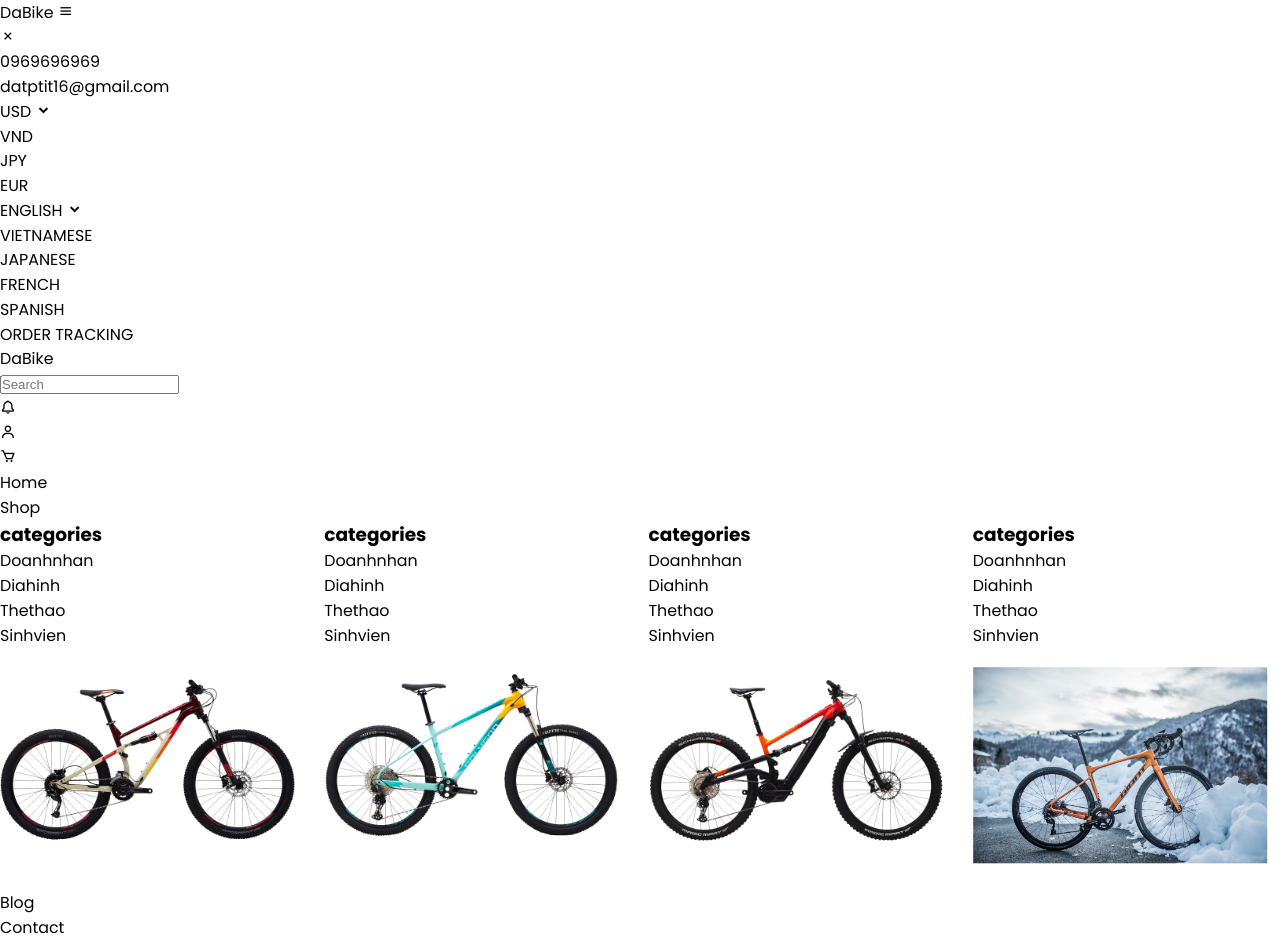
Repository: Datt21/DacMaxx
Page: index.html
These files come from the project's save history. The page is drawn as it stood at one moment and after the next save; the edit follows.
The browser window is 1280 px wide. The page is 1295 px wide, so the pictures cover 1295 px, including what lies to the right of the window. The pictures show the whole page, at 99% of full size.

Above is the page before, as saved 2021-07-05 00:20:43.

### index.html
<!DOCTYPE html>
<html lang="en">
<head>
    <meta charset="UTF-8">
    <meta http-equiv="X-UA-Compatible" content="IE=edge">
    <meta name="viewport" content="width=device-width, initial-scale=1.0">
    <title>DaBike</title>
    <!--======== FONTS =========-->
    <link rel="preconnect" href="https://fonts.gstatic.com">
    <link rel="stylesheet" href="https://fonts.googleapis.com/css2?family=Poppins:ital,wght@0,100;0,200;0,300;0,400;0,500;0,600;0,700;0,800;0,900;1,100;1,200;1,300;1,400;1,500;1,600;1,700;1,900&display=swap">

    <!--========= ICONS =========-->
    <link rel="stylesheet" href="./boxicons-2.0.7/css/boxicons.min.css">
    <link href='https://unpkg.com/boxicons@2.0.7/css/boxicons.min.css' rel='stylesheet'>

    <!--========= LINK CSS =========-->
    <link rel="stylesheet" href="./css/grid.css">
    <link rel="stylesheet" href="./css/app.css">
</head>
<body>

    <!--========= HEADER ===========-->
    <header>
        <!-- mobile menu -->
        <div class="mobile-menu bg-second">
            <a href="#" class="mb-logo">DaBike</a>

            <span class="mb-menu-toggle" id="mb-menu-toggle">
                <i class='bx bx-menu'></i>
            </span>
        </div>
        <!-- end mobile menu -->
        <!-- main header -->
        <div class="header-wrapper" id="heade-wrapper">
            <span class="mb-menu-toggle" id="mb-menu-toggle">
                <i class='bx bx-x'></i>
            </span>
            <!-- top header -->
            <div class="bg-second">
                <div class="top-header container">
                    <ul class="devided">
                        <li>
                            <a href="#">0969696969</a>
                        </li>
                        <li>
                            <a href="#">datptit16@gmail.com</a>
                        </li>
                    </ul>
                    <div class="devided">
                        <li class="dropdown">
                            <a href="">USD</a>
                            <i class='bx bxs-chevron-down' ></i>
                            <ul class="dropdown-content">
                                <li><a href="">VND</a></li>
                                <li><a href="">JPY</a></li>
                                <li><a href="">EUR</a></li>
                            </ul>
                        </li>
                        <li class="dropdown">
                            <a href="">ENGLISH</a>
                            <i class='bx bxs-chevron-down' ></i>
                            <ul class="dropdown-content">
                                <li><a href="">VIETNAMESE</a></li>
                                <li><a href="">JAPANESE</a></li>
                                <li><a href="">FRENCH</a></li>
                                <li><a href="">SPANISH</a></li>
                            </ul>
                        </li>
                        <li><a href="#">ORDER TRACKING</a></li>
                    </div>
                </div>
            </div>
            <!-- end top header -->
            <!-- mid header -->
            <div class="bg-main">
                <div class="mid-header container">
                    <a href="#" class="logo">DaBike</a>
                    <div class="search">
                        <input type="text" placeholder="Search">
                        <box-icon name='search'></box-icon>
                    </div>
                    <ul class="user-menu">
                        <li><a href=""><i class='bx bx-bell' ></i> </a></li>
                        <li><a href=""><i class='bx bx-user' ></i> </a></li>
                        <li><a href=""><i class='bx bx-cart' ></i> </a></li>
                    </ul>
                </div>
            </div>
            <!-- end mid header -->
            <!-- bottom header -->
            <div class="bg-second">
                <div class="bottom-header container">
                    <ul class="main-menu">
                        <li><a href="">Home</a></li>
                        <!-- mega menu -->
                        <li class="mega-dropsown">
                            <a href="">Shop</a>
                            <div class="mega-content">
                                <div class="row">
                                    <div class="col-3">
                                        <div class="box">
                                            <h3>categories</h3>
                                            <ul>
                                                <li><a href="">Doanhnhan</a></li>
                                                <li><a href="">Diahinh</a></li>
                                                <li><a href="">Thethao</a></li>
                                                <li><a href="">Sinhvien</a></li>
                                            </ul>
                                        </div>
                                    </div>
                                    <div class="col-3">
                                        <div class="box">
                                            <h3>categories</h3>
                                            <ul>
                                                <li><a href="">Doanhnhan</a></li>
                                                <li><a href="">Diahinh</a></li>
                                                <li><a href="">Thethao</a></li>
                                                <li><a href="">Sinhvien</a></li>
                                            </ul>
                                        </div>
                                    </div>
                                    <div class="col-3">
                                        <div class="box">
                                            <h3>categories</h3>
                                            <ul>
                                                <li><a href="">Doanhnhan</a></li>
                                                <li><a href="">Diahinh</a></li>
                                                <li><a href="">Thethao</a></li>
                                                <li><a href="">Sinhvien</a></li>
                                            </ul>
                                        </div>
                                    </div>
                                    <div class="col-3">
                                        <div class="box">
                                            <h3>categories</h3>
                                            <ul>
                                                <li><a href="">Doanhnhan</a></li>
                                                <li><a href="">Diahinh</a></li>
                                                <li><a href="">Thethao</a></li>
                                                <li><a href="">Sinhvien</a></li>
                                            </ul>
                                        </div>
                                    </div>
                                </div>
                                <div class="row img-row">
                                    <div class="col-3">
                                        <div class="box">
                                            <img src="./images/531352.png" alt="">
                                        </div>
                                    </div>
                                    <div class="col-3">
                                        <div class="box">
                                            <img src="./images/6489548.png" alt="">
                                        </div>
                                    </div>
                                    <div class="col-3">
                                        <div class="box">
                                            <img src="./images/MTBROMO_N7_2022.png" alt="">
                                        </div>
                                    </div>
                                    <div class="col-3">
                                        <div class="box">
                                            <img src="./images/asoggetti-HPpj2190tGs-unsplash.jpg" alt="">
                                        </div>
                                    </div>
                                </div>
                            </div>
                        </li>
                        <!-- end mega menu -->
                        <li><a href="">Blog</a></li>
                        <li><a href="">Contact</a></li>
                    </ul>
                </div>
            </div>
            <!-- end bottom header -->
        </div>
        <!-- end main header -->
    </header>
    <!--========= END HEADER ===========-->



     <!--========= JS ==============-->
    <script src="./js/app.js"></script>
    <script src="./js/index.js"></script>
</html>

### css/grid.css
.row {
    display: flex;
    flex-wrap: wrap;
    margin: 0 -15px;
}

.row-revere{
    flex-wrap: wrap-reverse;
}

[class*="col-"]{
    padding: 0 15px;
    margin-bottom: 20px;
}

.col-1 {
    width: 8.33%;
}
.col-2 {
    width: 16.66%;
}
.col-3 {
    width: 25%;
}
.col-4 {
    width: 33.33%;
}
.col-5 {
    width: 41.66%;
}
.col-6 {
    width: 50%;
}
.col-7 {
    width: 58.33%;
}
.col-8 {
    width: 66.66%;
}
.col-9 {
    width: 75%;
}
.col-10 {
    width: 83.33%;
}
.col-11 {
    width: 91.66%;
}
.col-12 {
    width: 100%;
}

/* medium screen */
@media only screen and (max-width: 1280px) {
    .col-md-1 {
        width: 8.33%;
    }
    .col-md-2 {
        width: 16.66%;
    }
    .col-md-3 {
        width: 25%;
    }
    .col-md-4 {
        width: 33.33%;
    }
    .col-md-5 {
        width: 41.66%;
    }
    .col-md-6 {
        width: 50%;
    }
    .col-md-7 {
        width: 58.33%;
    }
    .col-md-8 {
        width: 66.66%;
    }
    .col-md-9 {
        width: 75%;
    }
    .col-md-10 {
        width: 83.33%;
    }
    .col-md-11 {
        width: 91.66%;
    }
    .col-md-12 {
        width: 100%;
    }
}

@media only screen and (max-width: 750px) {
    .col-sm-1 {
        width: 8.33%;
    }
    .col-sm-2 {
        width: 16.66%;
    }
    .col-sm-3 {
        width: 25%;
    }
    .col-sm-4 {
        width: 33.33%;
    }
    .col-sm-5 {
        width: 41.66%;
    }
    .col-sm-6 {
        width: 50%;
    }
    .col-sm-7 {
        width: 58.33%;
    }
    .col-sm-8 {
        width: 66.66%;
    }
    .col-sm-9 {
        width: 75%;
    }
    .col-sm-10 {
        width: 83.33%;
    }
    .col-sm-11 {
        width: 91.66%;
    }
    .col-sm-12 {
        width: 100%;
}

### css/app.css
:root {
    --main-bg-color:#fff;
    --second-bg-color:#f5f5f5;
    --third-bg-color:#e3e3e3;
    --grey: #4b4b4b;
    --black: #000;
    --red: #c0392b;
    --top-header-size: 30px;
    --mid-header-size: 80px;
    --bottom-header-size: 45px;
    --btn-bg: #000;
    --btn-border-color: #000;
    --btn-color: #fff;

}

*{
    padding: 0;
    margin: 0;
    box-sizing: border-box;
    -webkit-tap-highlight-color: transparent;
}

body{
    font-family: "Poppins", sans-serif;
    overflow-x: hidden;
    position: relative;
    background-color: var(--main-bg-color);
}

button{
    cursor: pointer;
}

a{
    display: inline-block;
    text-decoration: none;
    color: unset;
}

li{
    list-style-type: none;
}

img{
    max-width: 100%;
}

Loaded but not shown: boxicons-2.0.7/css/boxicons.min.css (library); js/app.js (no copy from this time; the picture is the same without it); js/index.js (no copy from this time; the picture is the same without it)

After the next save:
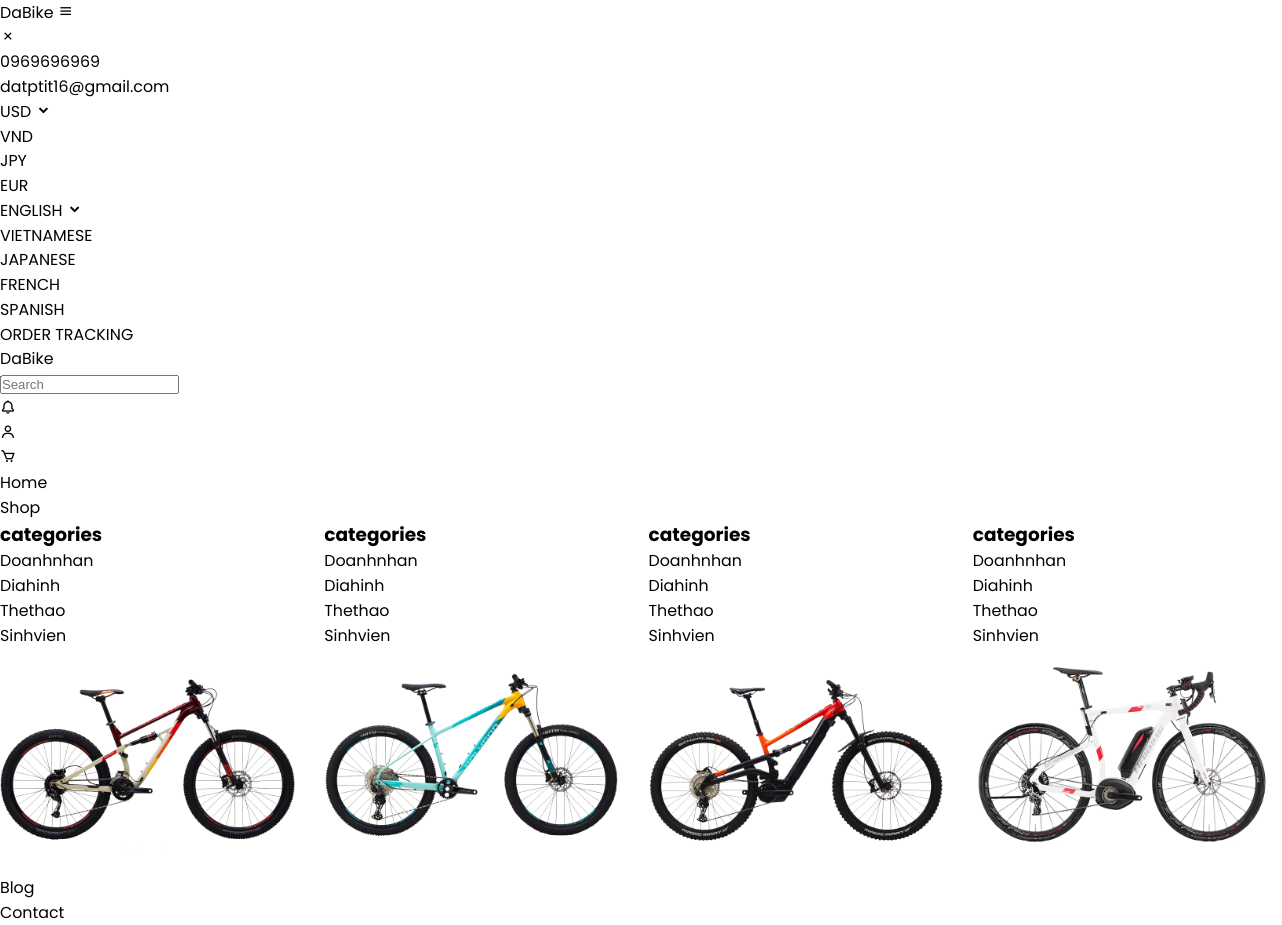
Saved 10 s later.
--- a/index.html
+++ b/index.html
@@ -160,7 +160,7 @@
                                     </div>
                                     <div class="col-3">
                                         <div class="box">
-                                            <img src="./images/asoggetti-HPpj2190tGs-unsplash.jpg" alt="">
+                                            <img src="./images/b1.png" alt="">
                                         </div>
                                     </div>
                                 </div>
